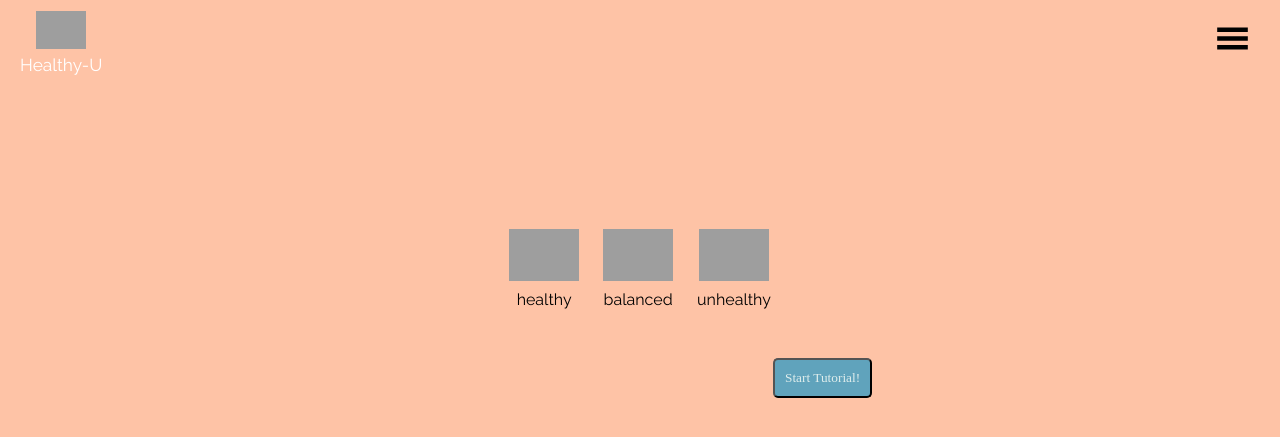
Repository: smashy09/healthy-share
Page: /InformationPage
These files come from the project's save history. The page is drawn as it stood at one moment and after the next save; the edit follows.
The browser window is 1280 px wide. The pictures show the whole page.
Pictures or frames that could not be fetched are drawn as grey boxes. The project was rebuilt for these pictures with package versions that can differ from the ones it lists, and the page was loaded fresh each time. The framework's server and built-in components were replaced by stand-ins that run in the browser. Also part of the build but not shown: next.config.js.

Above is the page before, as saved 2020-05-14 23:43:27.

After the next save:
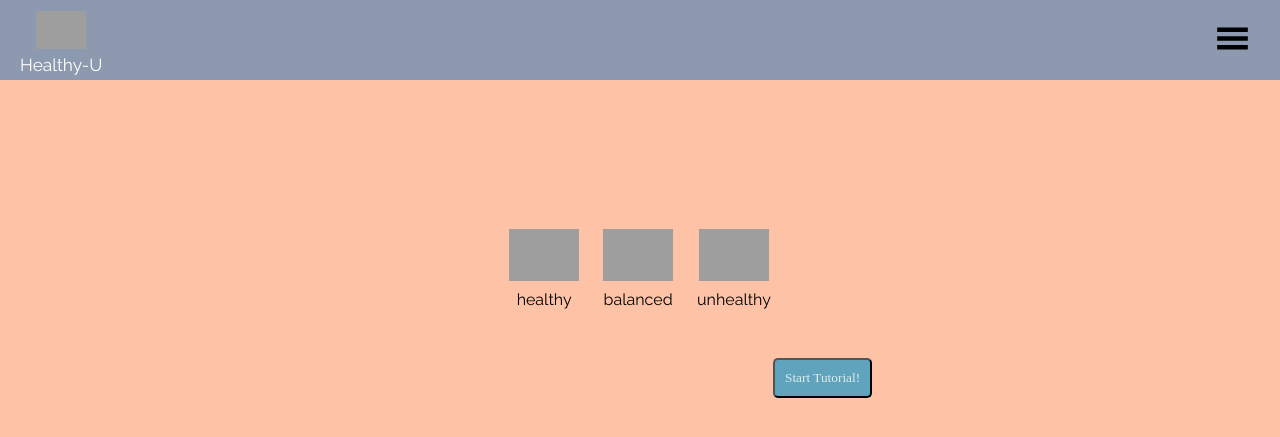
Saved 52 s later.
--- a/comps/Header/header.css
+++ b/comps/Header/header.css
@@ -5,7 +5,7 @@ body, html{
 .HeaderContainer {
     width: 100%;
     height: 80px;
-    background-color:#fec3a6;
+    background-color:#8D99AE;
     display: inline-flex;
     align-items: center;
 }
